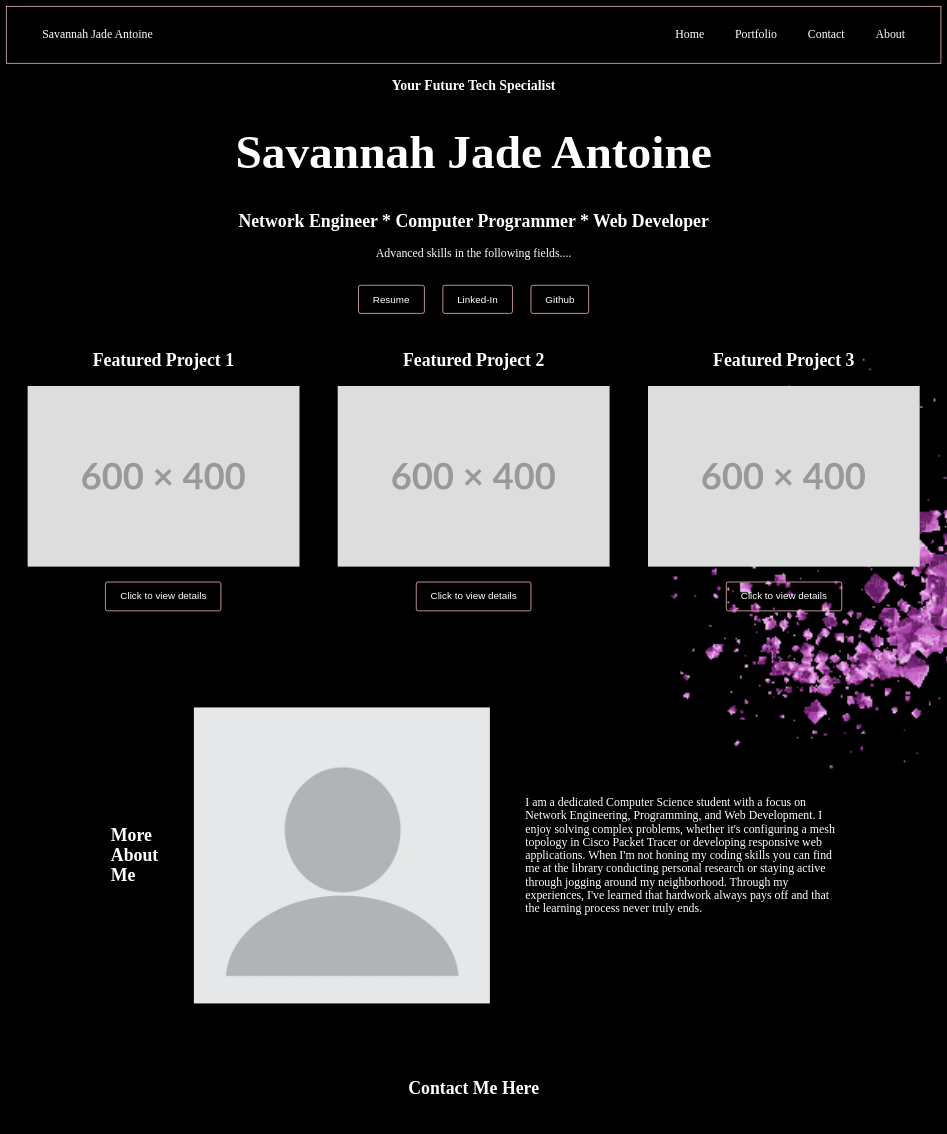
Repository: Savannah-Antoine/Savannah-Antoine
Page: index.html
An editor plug-in stored every save of this project. The page is shown before and after the next save, followed by the edit.
The browser window is 1280 px wide. The pictures show the whole page, at 74% of full size.

Above is the page before, as saved 2026-05-15 13:45:22.

### index.html
<!DOCTYPE html>
<html lang="en">
<head>
    <meta charset="UTF-8">
    <meta name="viewport" content="width=device-width, initial-scale=1.0">
    <link rel = "stylesheet" href = "./styles/index.css" />
    <link rel = "stylesheet" href = "./styles/globals.css" />
    <title>Savannah Jade Antoine Portfolio</title>
</head>
<body>
<header>
    <nav>
        <ul class = "homeButton">
           <li><a href = "index.html">Savannah Jade Antoine</a></li>
        </ul>
        <ul class = "navigation">
  <li><a href="index.html">Home</a></li>
  <li><a href="#PortfolioSection">Portfolio</a></li>
  <li><a href="#ContactMe">Contact</a></li>
  <li><a href="#AboutMe">About</a></li>
</ul>

</nav>
<h3>Your Future Tech Specialist</h3>
<h1> Savannah Jade Antoine</h1>
<h2>Network Engineer * Computer Programmer * Web Developer</h2>
<p> Advanced skills in the following fields....</p>
<div class = "infoButtons">
<a href = "Savannah Jade Resume (1).pdf"><button>Resume</button></a>
<a href = "www.linkedin.com/in/savannah-antoine-ab0756390"><button>Linked-In</button></a>
<button>Github</button>
</div>

</header>
<main class = "container">
<section id = "PortfolioSection" class = "project-card">

<h2>Featured Project 1</h2>
<img src = "./assets/images/placeholder1.svg" alt = "First Portfolio placeholder image" />
<p><a href = "./pages/project-name-1.html"><button>Click to view details</button></a>
</section>


<section class = "project-card">
<h2>Featured Project 2</h2>
<img src = "./assets/images/placeholder1.svg" alt = "Second Portfolio placeholder image" />
<p><a href = "./pages/project-name-2.html"><button>Click to view details</button></a>
</section>
<section class = "project-card">
<h2>Featured Project 3</h2>
<img src = "./assets/images/placeholder1.svg" alt = "Third Portfolio placeholder image" />
<p><a href = "./pages/project-name-3.html"><button>Click to view details</button></a>
</section>

<section id = "AboutMe" class = "aboutMe">
<h2>More About Me</h2>
<img src = "./assets/images/profilepic.png" alt = "profile picture" />
<p>I am a dedicated Computer Science student with a focus on Network Engineering, Programming, and Web Development.
I enjoy solving complex problems, whether it's configuring a mesh topology in Cisco Packet Tracer or developing responsive web applications.
When I'm not honing my coding skills you can find me at the library conducting personal research or staying active through jogging around my neighborhood.
Through my experiences, I've learned that hardwork always pays off and that the learning process never truly ends.
</P>
</section>

<section id = "ContactMe">
<h2>Contact Me Here</h2>

</section>



</main>

</body>
</html>

### styles/index.css
.container{
  display: flex;
    flex-direction: column;
    align-items: center;
    gap: 2rem;
    padding: 1.2rem;

}
#AboutMe{

}
.aboutMe{
display: flex;
    flex-direction: column;      /* Side-by-side */
    align-items: center;       /* Vertically centers image and text */
    justify-content: center;   /* Horizontally centers the whole group */
    padding: 50px 10%;         /* Breathing room on the sides */
    text-align: center;
}


.navigation {
    display: grid;
    grid-template-columns: repeat(2, 1fr);
    gap: 0.6rem;
    text-align: right;
}


body h1{
    font-size: 2.5rem;

}

img{
    width: 100%;
    max-width: 400px;
    height: auto;
}

@media screen and (min-width: 768px)
{
    #AboutMe{
    display: flex;
    flex-direction: row;      /* Side-by-side */
    align-items: center;       /* Vertically centers image and text */
    justify-content: center;   /* Horizontally centers the whole group */
    gap: 3rem;        /* Breathing room on the sides */
    text-align: left;
}
   body h1 {
        font-size: 4rem;
    }
    .container {
        flex-direction: row;
        flex-wrap: wrap;
        align-items: flex-start;
        justify-content: space-around;
    }
    .project-card {
        width: 30%;
        min-width: 250px;
        text-align: center;
    }

    .aboutMe{
        width: 100%;
        text-align: center;
        margin-top: 2rem;

    }
    .navigation{
        display:flex;
    }

}


@media screen and (min-width: 1000px)
{
    .container {
        margin: 0 auto;
    }
}

### styles/globals.css
body {
    background-color: black;
  background-image: url(/assets/images/background-pic.gif);
  background-repeat: no-repeat;
  background-size: cover;
  color: white;
  font-size: 1rem;
  text-align: center;
}



.homeButton{
  order: -1;
  list-style-type: none;
  margin: 0;
  padding: 0;
  display: flex;
  justify-content: left;

}


nav {
    display: flex;
    justify-content: space-between;
    align-items: center;
    padding: 1rem 2rem;

    border: 0.1rem solid pink;
    cursor: pointer;


}



nav ul {
    display: flex;
    list-style: none;
    gap: 1rem;
    margin: 0;
    padding: 0;
}
button {
    padding: 0.7rem 1.2rem;
    background-color: transparent;
    color: white;
    border: 0.1rem solid pink;
    cursor: pointer;
    transition: all 0.3s ease;
    border-radius: 0.2rem;
    gap: 1rem;
}
button:hover {
    background-color: pink;
    color: rgb(31, 1, 31);
    transform: translateY(-3px);
    box-shadow: 0 0.3rem 1rem rgba(255, 255, 255, 0.3);
}

.infoButtons {
    display: flex;
    justify-content: center;
    gap: 1.5rem;
    margin-top: 1.4rem;
    min-width: 100px;
    padding: 0.7rem 0.9rem;
}

li a {
  display: block;
  color: white;
  padding: 0.8rem 1rem;
  text-decoration: none;
}

ul li a:hover {
 background-color: pink;
  color: rgb(31, 1, 31);
  box-shadow: 0 0.5rem 0.9rem rgba(255, 255, 255, 0.3)
}

h1{

  font-size: 4rem;
}

After the next save:
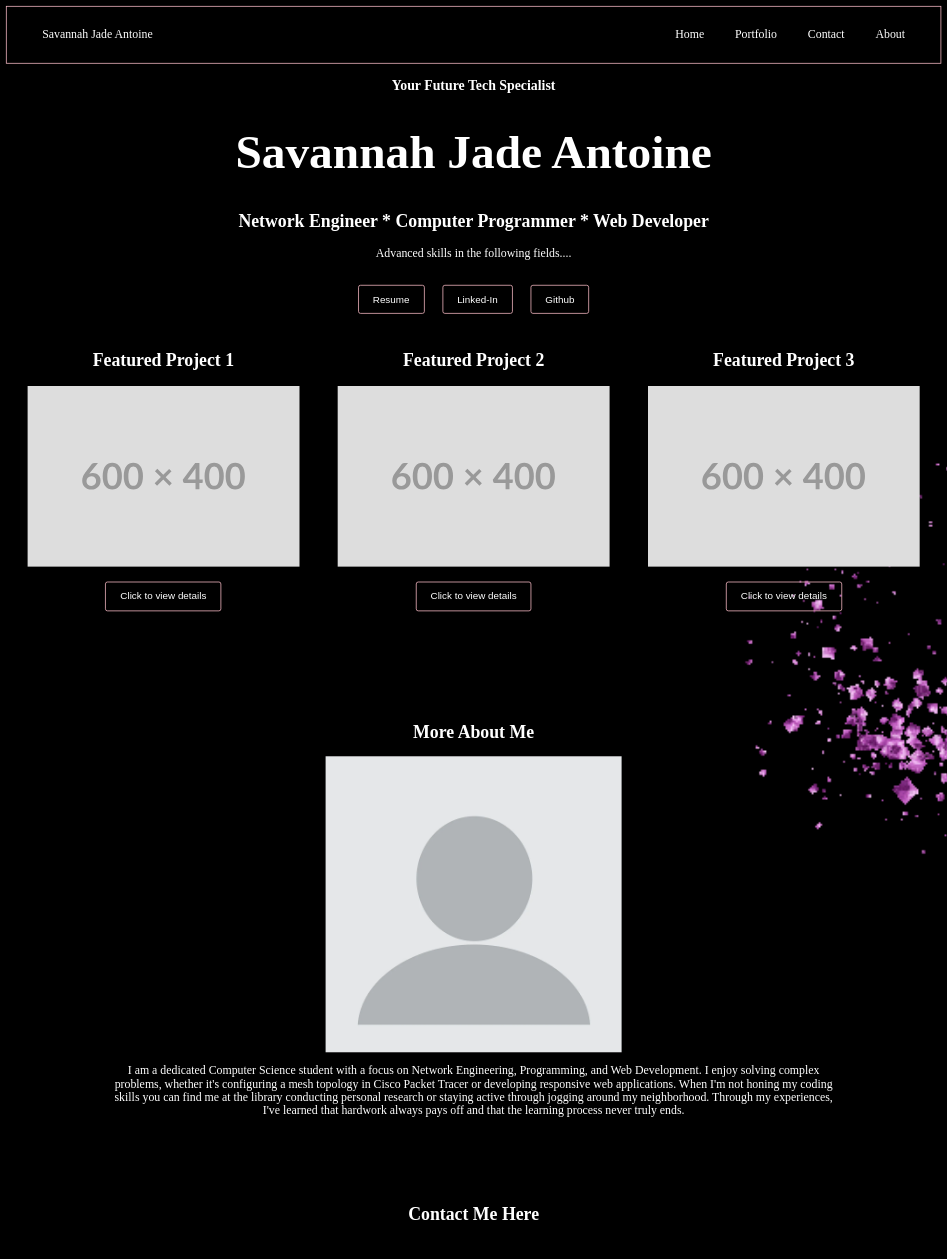
Saved 54 s later.
--- a/index.html
+++ b/index.html
@@ -52,7 +52,8 @@
 <p><a href = "./pages/project-name-3.html"><button>Click to view details</button></a>
 </section>
 
-<section id = "AboutMe" class = "aboutMe">
+<section id = "AboutMe">
+<div  class = "aboutMe">
 <h2>More About Me</h2>
 <img src = "./assets/images/profilepic.png" alt = "profile picture" />
 <p>I am a dedicated Computer Science student with a focus on Network Engineering, Programming, and Web Development.
@@ -60,6 +61,7 @@ I enjoy solving complex problems, whether it's configuring a mesh topology in Ci
 When I'm not honing my coding skills you can find me at the library conducting personal research or staying active through jogging around my neighborhood.
 Through my experiences, I've learned that hardwork always pays off and that the learning process never truly ends.
 </P>
+</div>
 </section>
 
 <section id = "ContactMe">
